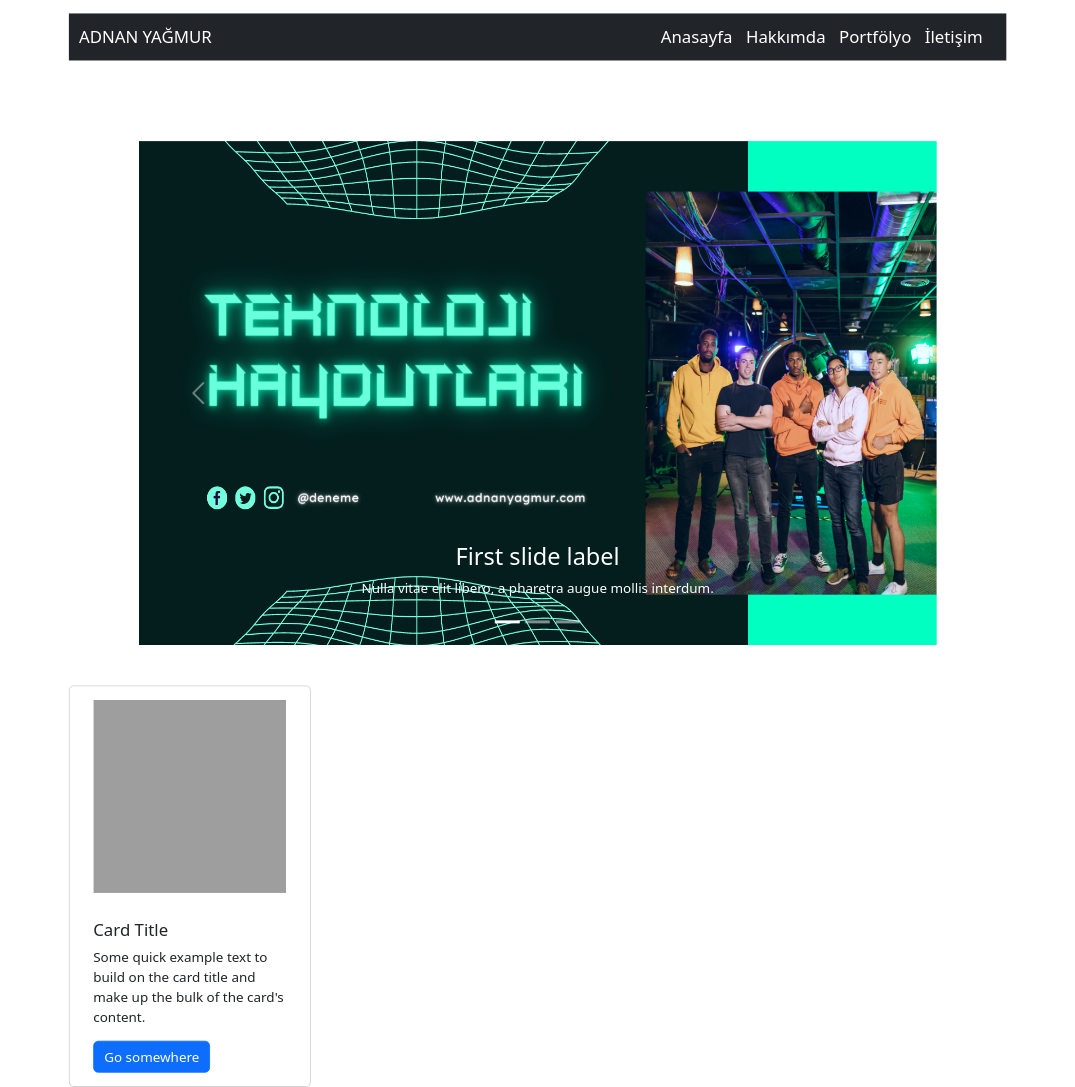
Repository: adnanyagmur/react-bootstrap-example
Page: /
These files come from the project's save history. The page is drawn as it stood at one moment and after the next save; the edit follows.
The browser window is 1280 px wide. The pictures show the whole page, at 84% of full size.
Pictures or frames that could not be fetched are drawn as grey boxes. The project was rebuilt for these pictures with package versions that can differ from the ones it lists, and the page was loaded fresh each time.

Above is the page before, as saved 2022-06-29 11:19:23.

After the next save:
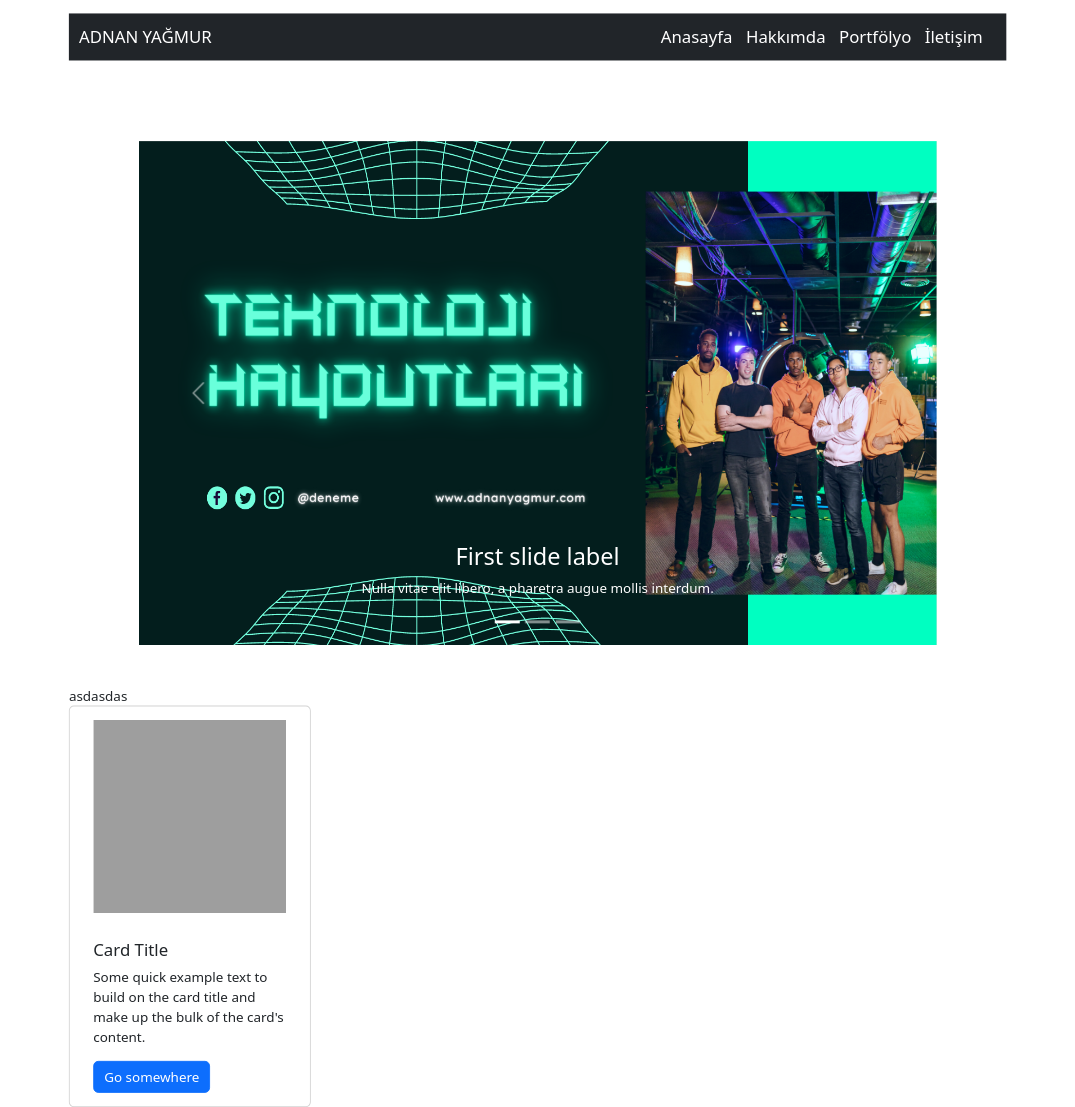
Saved 5 s later.
--- a/src/appComponents/AppContainer.jsx
+++ b/src/appComponents/AppContainer.jsx
@@ -4,7 +4,7 @@ const AppContainer = () => {
 
     return (
        <Container>
-        <Row></Row>
+        <Row>asdasdas</Row>
         <Row>
             <Card style={{ width: '18rem' }}>
 
